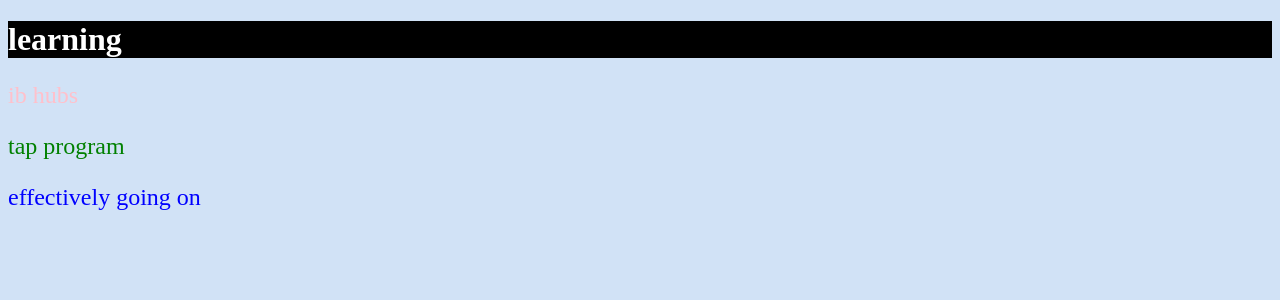
Repository: pranavi481/Assignments
Page: styles.html
The author's editor kept a record of every edit. The page is drawn from the files as they stood at one moment, then again after the next edit.
The browser window is 1280 px wide. The pictures show the whole page.

Above is the page before.

After the next edit:
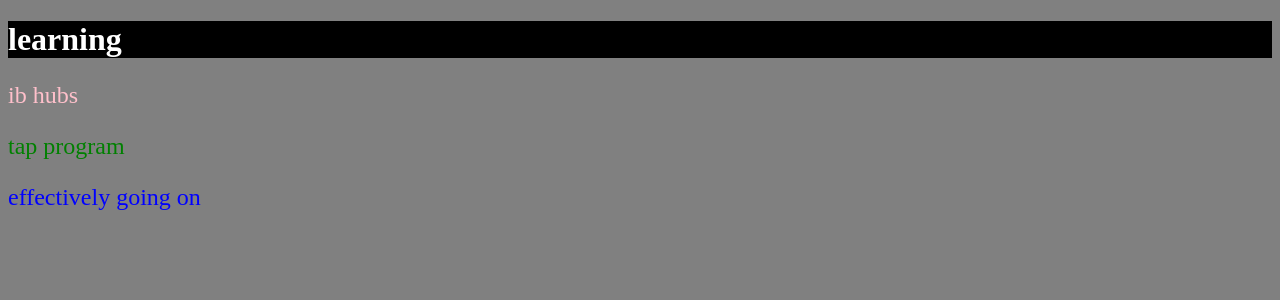
The edit:
--- a/styles.html
+++ b/styles.html
@@ -9,7 +9,7 @@
            }
            p  { color:red;}
            body {
-               background-color: #d1e2f6;
+               background-color: grey;
            }
            h{
                font-size: 48px;
